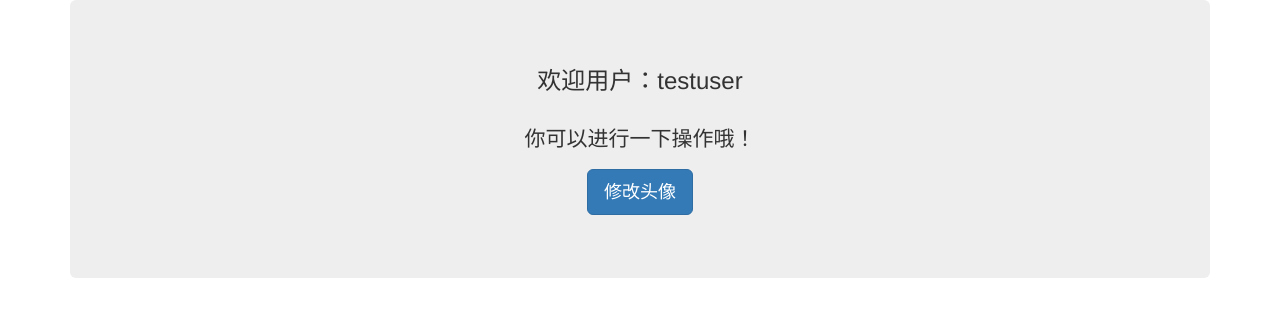
Repository: suxiaohutot/PHP
Page: http://localhost/myzone.php
The author's editor kept a copy of each file at every save. The page is drawn from the files as they stood at one save, then again after the next save.
The browser window is 1280 px wide. The pictures show the whole page.
The page is run by PHP 8.4 with error messages shown; the project is at /var/www/html/. The session is filled in as if someone had signed in: {"username": "testuser", "id": 1}.

Above is the page before, as saved 2019-11-01 07:59:49.

After the next save:
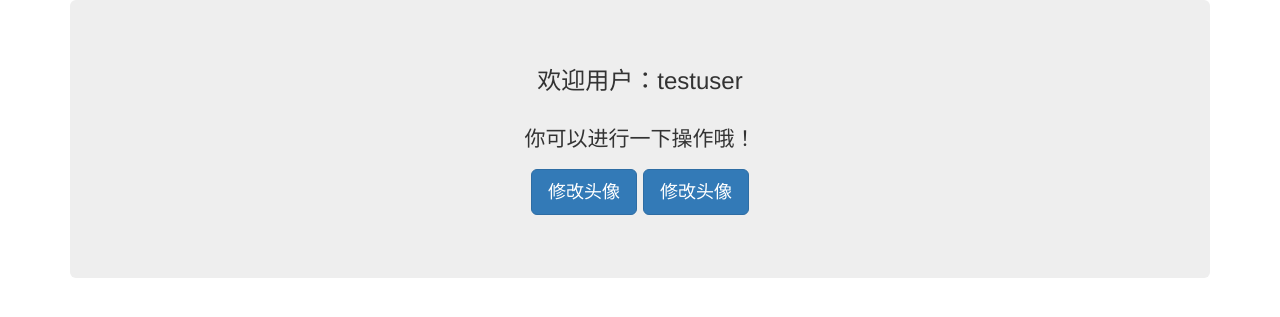
Saved 9 s later.
--- a/test/myzone.php
+++ b/test/myzone.php
@@ -20,6 +20,7 @@ $id=$_SESSION['id'];
         <p>你可以进行一下操作哦！</p>
         <p>
         	<a class="btn btn-primary btn-lg" role="button">修改头像</a>
+        	<a class="btn btn-primary btn-lg" role="button">修改头像</a>
       	</p>
    </div>
 </div>
